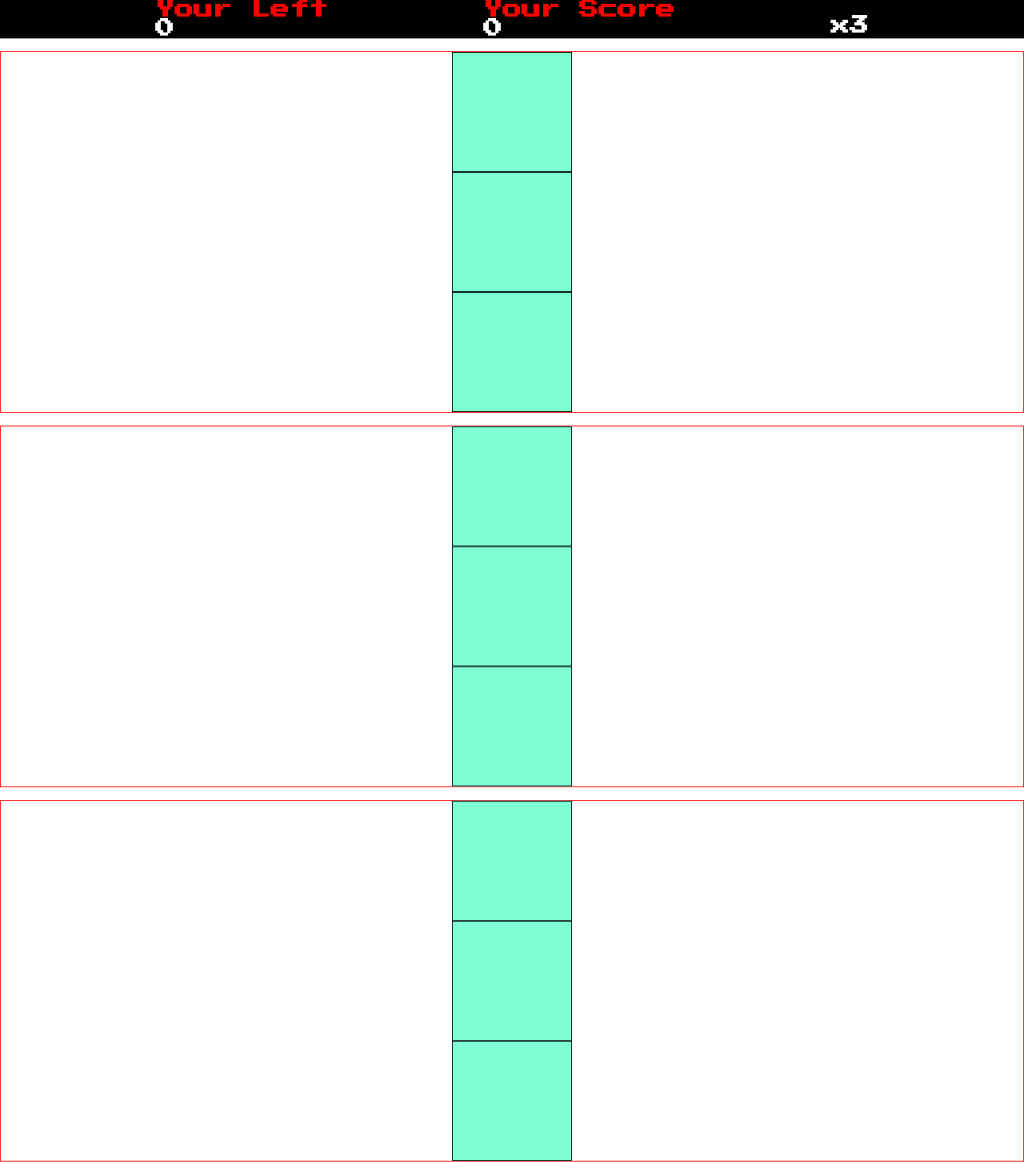
Repository: Zoemateus324/detona-ralph-js
Page: index.html
The author's editor kept a copy of each file at every save. The page is drawn from the files as they stood at one save, then again after the next save.
The browser window is 1280 px wide. The pictures show the whole page, at 80% of full size.

Above is the page before, as saved 2024-11-26 08:54:09.

After the next save:
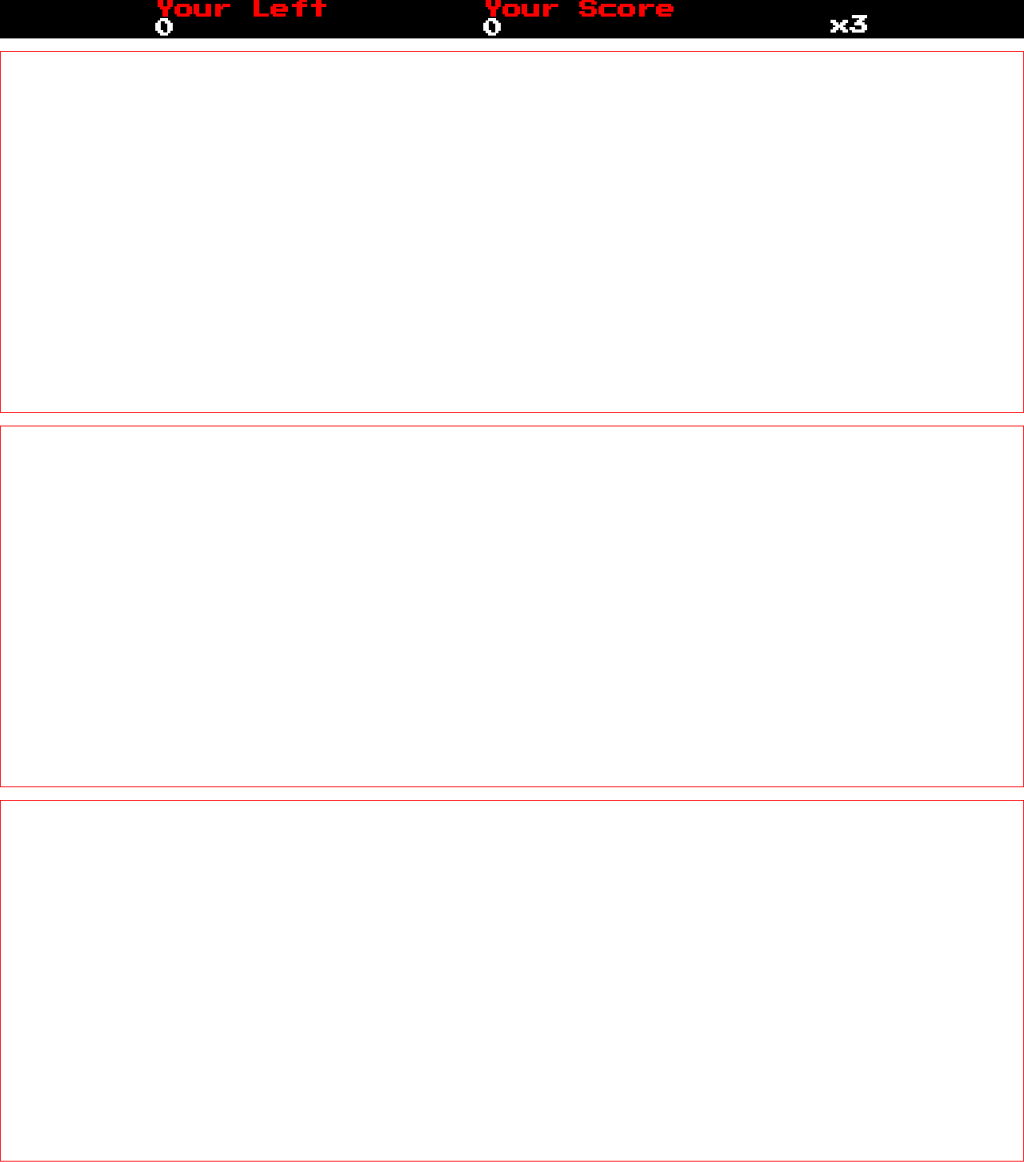
Saved 3 min 44 s later.
--- a/src/styles/main.css
+++ b/src/styles/main.css
@@ -28,6 +28,5 @@
 .square{
     height:150px;
     width:150px;
-    background-color:aquamarine;
-    border:1px solid black;
+
 }
